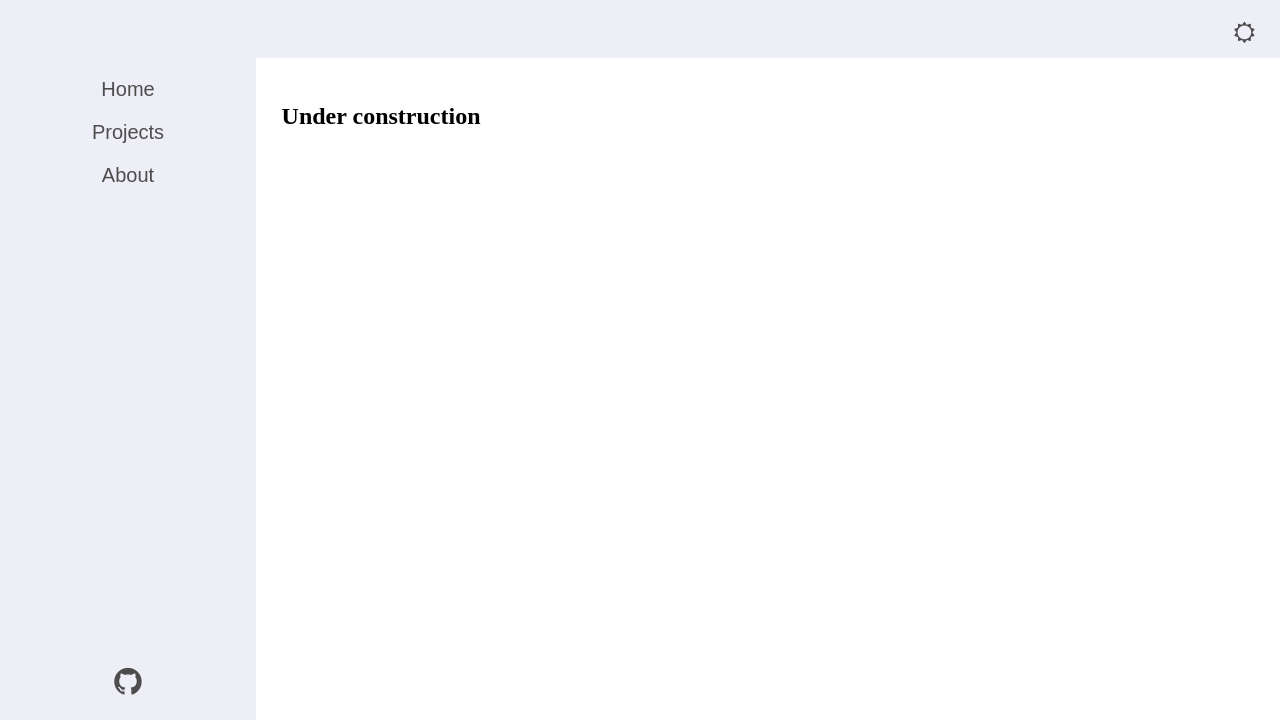
Repository: josephinel6/josephinel6.github.io
Page: index.html
The author's editor kept a copy of each file at every save. The page is drawn from the files as they stood at one save, then again after the next save.
The browser window is 1280 px wide. The pictures show the whole page.

Above is the page before, as saved 2023-04-06 12:53:10.

### index.html
<!DOCTYPE html>
<html>

<head>
    <style>
        :root.light {
            --color-bg: #eeeff6;
            --color-menu-text: #4d4d4d;
            --color-page-bg: white;
            --color-obj-bg: #f1f2f3;
            --color-title-text: #4d4d4d;
            --color-gen-text: #4d4d4d;
            --color-menu-hover: darkgrey;
            --color-title-hover: darkgrey;
        }

        :root.dark {
            --color-bg: #212121;
            --color-menu-text: #D3D3D3;
            --color-page-bg: #333333;
            --color-obj-bg: #403f3f;
            --color-title-text: #D3D3D3;
            --color-gen-text: white;
            --color-menu-hover: grey;
            --color-title-hover: grey;
        }

        /* :root {
            --color-bg: black;
        } */

        html,
        body {
            height: 100%;
            width: 100%;
            overflow-x: hidden;

            margin: 0;
            position: relative;
            /* border-color: blue;
            border-radius: 10px;
            border-style: solid; */
            padding: 0;
        }

        #menu {
            height: 100%;
            width: 20%;
            position: absolute;
            z-index: 1;
            top: 0;
            bottom: 0;
            background-color: var(--color-bg);
        }

        #topbar {
            width: 100%;
            height: 8%;
            background-color: var(--color-bg);
            position: absolute;
        }

        .menutext {
            color: var(--color-menu-text);
            font-family: sans-serif;
            font-size: 20px;
        }

        .menutext:hover {
            cursor: pointer;
            color: var(--color-menu-hover);
        }

        .fa-github {
            color: var(--color-menu-text);
        }

        .fa-github:hover {
            color: var(--color-menu-hover);
        }

        .div.markdown-body {
            color: var(--color-gen-text) !important;
        }

        #window {
            background-color: var(--color-page-bg);
            position: absolute;
            height: 92%;
            overflow: hidden;
            width: 80%;
            right: 0;
            bottom: 0;
        }

        .markdownpg {
            color: white !important;
        }

        .tabcontent {
            height: 100%;
            width: 100%;
            position: absolute;
            overflow-y: scroll;
            margin-top: 2.5%;
            margin-left: 2.5%;
        }

        .projectbutton {
            /* height: 175px; */
            width: 95%;
            position: absolute;
            background-color: var(--color-obj-bg);
            border-radius: 10px;
            font-family: sans-serif;
            font-size: 30px;
        }

        .projectbutton:hover {
            cursor: pointer;
        }

        .projectbutton:hover>.projectbuttontitle {
            color: var(--color-title-hover);
        }

        .projectbutton:hover>.projectbuttondesc {
            color: var(--color-title-hover);
        }

        .projectbuttontitle {
            margin-left: 3%;
            margin-top: 3%;
            margin-bottom: -1.5%;
            color: var(--color-title-text);
        }

        #day-night {
            color: var(--color-menu-text);
            z-index: 2;
            position: absolute;
            top: 25px;
            right: 25px;
        }

        .projectbuttondesc {
            font-family: sans-serif;
            font-size: 20px;
            margin: 3%;
            color: var(--color-gen-text);
        }

        #day-night:hover {
            cursor: pointer;
            color: var(--color-menu-hover)
        }

        /* .fa-2x {
            height: 20px !important;
        } */
    </style>
    <link rel="stylesheet" href="https://cdnjs.cloudflare.com/ajax/libs/font-awesome/4.7.0/css/font-awesome.min.css">
    <script type="module" src="https://cdn.jsdelivr.net/gh/zerodevx/zero-md@2/dist/zero-md.min.js"></script>
    <script type="module" src="https://md-block.verou.me/md-block.js"></script>
</head>

<body>
    <div id="menu">
        <div style="position:absolute; top: 8%; width: 100%; text-align: center;">

            <p class="menutext" onclick="openpage('homepage')"> Home </p>
            <p class="menutext" onclick="openpage('projectbuttons')"> Projects </p>
            <p class="menutext" onclick="openpage('aboutpage')"> About </p>

        </div>

        <div style="position:absolute; bottom:3%; width: 100%; text-align: center;">
            <a href="https://github.com/josephinel6" class="fa fa-github fa-2x" style="text-decoration: none;"></a>
        </div>
    </div>
    <div id="topbar">
        <i onclick="daynight()" class="fa fa-sun-o fa-lg" id="day-night"></i>
    </div>
    <div id="window">
        <div id="homepage" class="tabcontent">
            <h2> Under construction </h2>
        </div>
        <div id="projectbuttons" class="tabcontent">
            <div class="projectbutton" onclick="openpage('weatherAPI')">
                <h2 class="projectbuttontitle"> Weather API </h2>
                <p class="projectbuttondesc"> My first project with APIs. </p>
            </div>
        </div>
        <zero-md src="https://josephinel6.github.io/weatherAPI.md" class="tabcontent markdownpg" id="weatherAPI">
            <template>
                <style>
                    p {
                        color: var(--color-gen-text) !important;
                    }

                    h2 {
                        color: var(--color-gen-text) !important;
                    }
                </style>
            </template>
        </zero-md>
        <div class="tabcontent" id="aboutpage">
            <zero-md src="https://josephinel6.github.io/about.md" class="markdownpg"><template data-merge="append">
                    <style>
                        p {
                            color: var(--color-gen-text) !important;
                        }

                        h2 {
                            color: var(--color-gen-text) !important;
                        }
                    </style>
                </template></zero-md>
        </div>
        <script>
            var night;

            tabcontent = document.getElementsByClassName("tabcontent");
            for (i = 0; i < tabcontent.length; i++) {
                tabcontent[i].style.display = "none";
            }

            window.onload = function () {
                var night = false;
                document.documentElement.classList.remove("dark")
                document.documentElement.classList.add("light")
                window.localStorage.setItem('mode', 'light');
                // var night = true;
                // document.documentElement.classList.remove("light")
                // document.documentElement.classList.add("dark")
                // window.localStorage.setItem('mode', 'dark');
                console.log("dark")
                document.getElementById("homepage").style.display = "block";
            }

            function openpage(pageName) {
                var i, tabcontent, tablinks;
                tabcontent = document.getElementsByClassName("tabcontent");
                for (i = 0; i < tabcontent.length; i++) {
                    tabcontent[i].style.display = "none";
                }
                tablinks = document.getElementsByClassName("tablink");
                for (i = 0; i < tablinks.length; i++) {
                    tablinks[i].style.backgroundColor = "";
                }
                document.getElementById(pageName).style.display = "block";

                document.body.scrollTop = 0;
                document.documentElement.scrollTop = 0;
            }

            function daynight() {
                var daynight = document.getElementById("day-night");
                if (night == true) {
                    daynight.classList.remove("fa-sun-o");
                    daynight.classList.add("fa-moon-o");
                    night = false;
                    document.documentElement.classList.remove("dark")
                    document.documentElement.classList.add("light")
                    window.localStorage.setItem('mode', 'light');
                }
                else {
                    daynight.classList.remove("fa-moon-o");
                    daynight.classList.add("fa-sun-o");
                    night = true;
                    document.documentElement.classList.remove("light")
                    document.documentElement.classList.add("dark")
                    window.localStorage.setItem('mode', 'dark');
                }
            }
        </script>

</body>

</html>

After the next save:
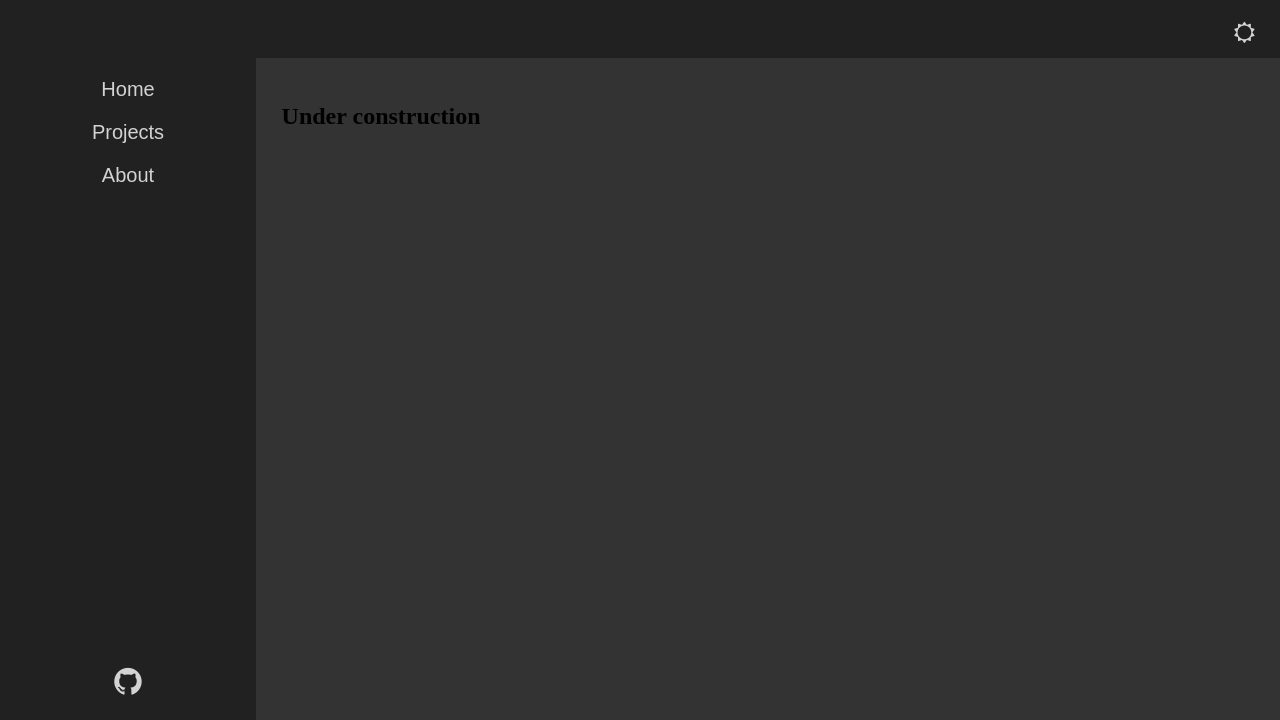
Saved 86 s later.
--- a/index.html
+++ b/index.html
@@ -227,13 +227,10 @@
 
             window.onload = function () {
                 var night = false;
-                document.documentElement.classList.remove("dark")
-                document.documentElement.classList.add("light")
-                window.localStorage.setItem('mode', 'light');
-                // var night = true;
-                // document.documentElement.classList.remove("light")
-                // document.documentElement.classList.add("dark")
-                // window.localStorage.setItem('mode', 'dark');
+                var night = true;
+                document.documentElement.classList.remove("light")
+                document.documentElement.classList.add("dark")
+                window.localStorage.setItem('mode', 'dark');
                 console.log("dark")
                 document.getElementById("homepage").style.display = "block";
             }
